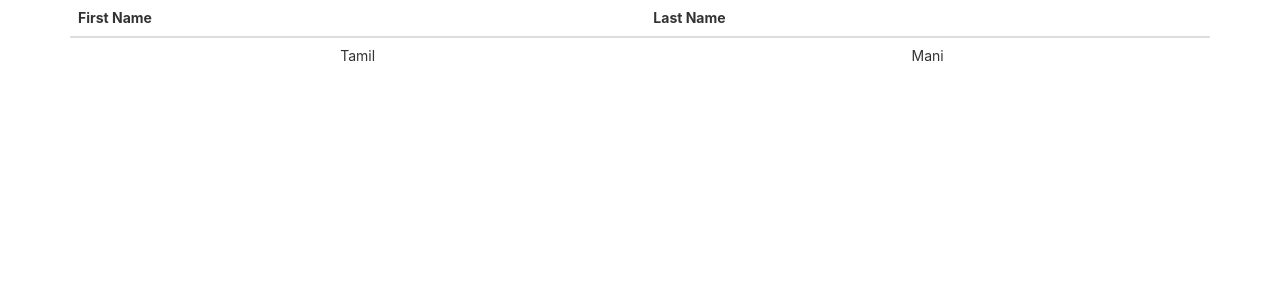
Repository: Green-Technologies-Angular/React-js
Page: /
An editor plug-in stored every save of this project. The page is shown before and after the next save, followed by the edit.
The browser window is 1280 px wide. The pictures show the whole page.
The project was rebuilt for these pictures with package versions that can differ from the ones it lists, and the page was loaded fresh each time.

Above is the page before, as saved 2019-03-18 10:18:02.

After the next save:
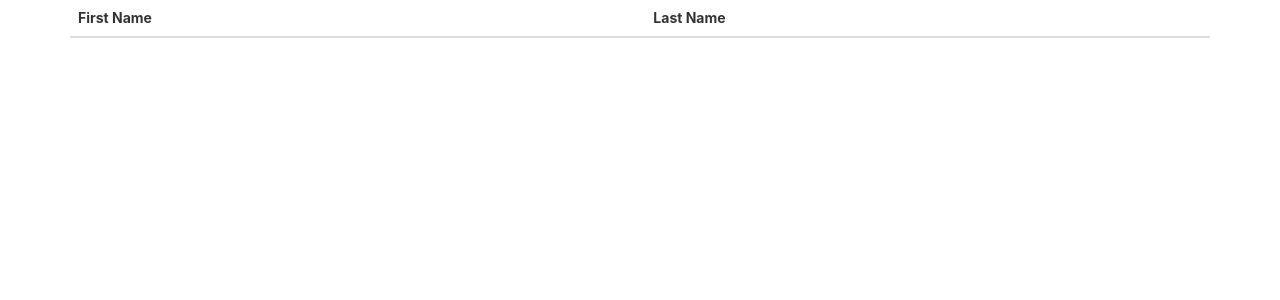
Saved 7 s later.
--- a/src/App.js
+++ b/src/App.js
@@ -12,7 +12,7 @@ class App extends Component {
   render() {
     return (
       <div className="App">
-        <Header firstName={this.state.firstName} lastName={this.state.lastName}/>
+        <Header firstN={this.state.firstName} lastN={this.state.lastName}/>
       </div>
     );
   }

After the save that followed:
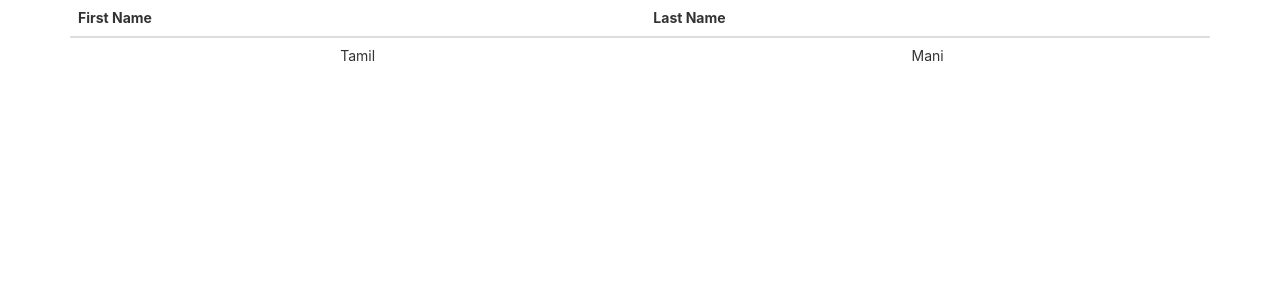
Saved 32 s later.
--- a/src/component/header.js
+++ b/src/component/header.js
@@ -19,10 +19,10 @@ class Header extends Component{
                     <tbody>
                     <tr>
                         <td>
-                        {this.props.firstName}
+                        {this.props.firstN}
                         </td>
                         <td>
-                        {this.props.lastName}
+                        {this.props.lastN}
                         </td>
                     </tr>
                     </tbody>
